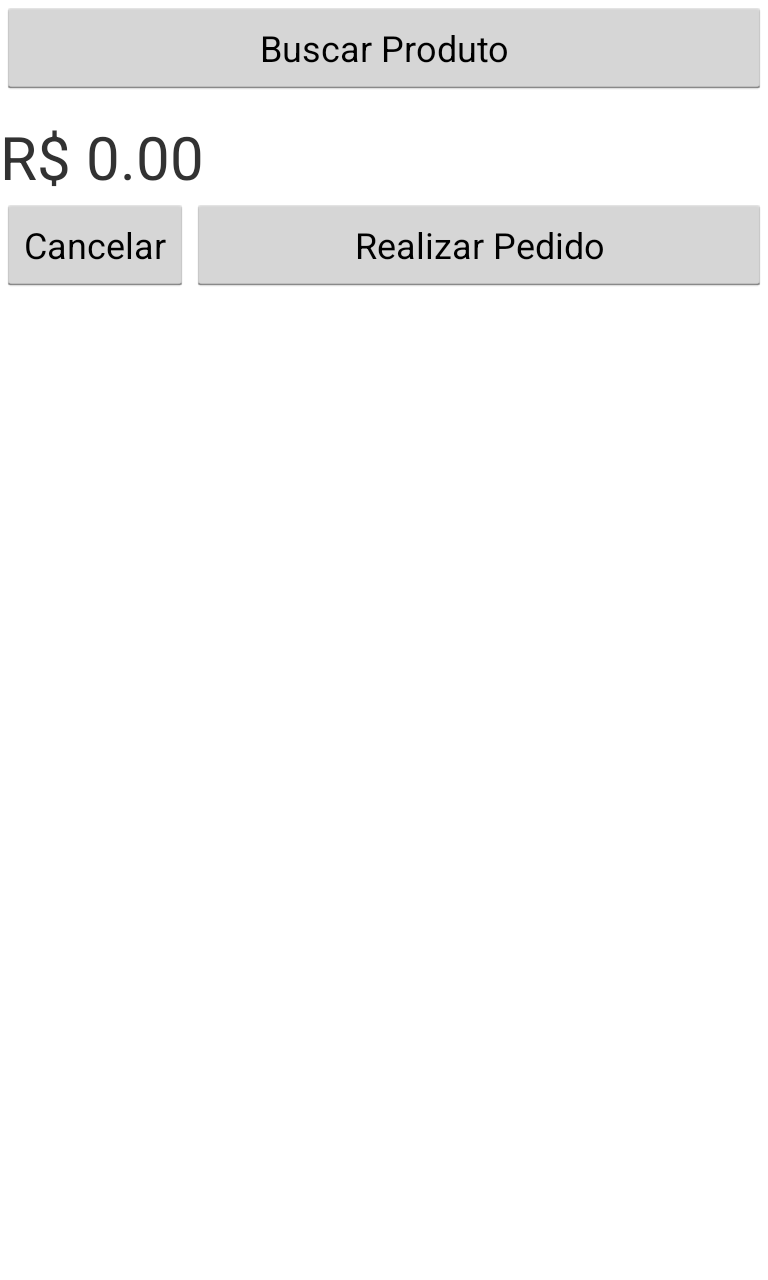
Repository: tmalveirac/mobpdv
Layout: WorkspaceAndroid/MobPDVProjet/res/layout/activity_pedido.xml
These files come from the project's save history. The layout is drawn as it stood at one moment and after a run of saves; the edit follows.
It is drawn on a 768 x 1280 px phone screen (xhdpi) without system bars, with theme AppTheme; the app's code is not run.

Above is the layout before, as saved 2013-06-03 22:12:35.

### WorkspaceAndroid/MobPDVProjet/res/layout/activity_pedido.xml
<LinearLayout xmlns:android="http://schemas.android.com/apk/res/android"
    xmlns:tools="http://schemas.android.com/tools"
      android:id="@+id/pedido_form"
    android:layout_width="fill_parent"
    android:layout_height="fill_parent"
    android:orientation="vertical"

    tools:context=".PedidoActivity" >

    <Button
        android:id="@+id/btnBpdt"
        android:layout_width="fill_parent"
        android:layout_height="wrap_content"
        android:text="@string/btnBpdt" />

    <LinearLayout
        android:id="@+id/pedido_dados"
        android:layout_width="fill_parent"
        android:layout_height="wrap_content"
        android:orientation="vertical" >

    </LinearLayout>

    <LinearLayout
        android:id="@+id/pedido_total"
        android:layout_width="fill_parent"
        android:layout_height="wrap_content"
        android:orientation="vertical" >

        <TextView
            android:id="@+id/txtTotal"
            android:layout_width="wrap_content"
            android:layout_height="wrap_content"
            android:paddingTop="10"
            android:textSize="30"
            android:text="@string/txtTotal" />

    </LinearLayout>

    <LinearLayout
        android:id="@+id/pedido_foot"
        android:layout_width="fill_parent"
        android:layout_height="wrap_content"
        android:orientation="horizontal" >

        <Button
            android:id="@+id/btnCancelarPedido"
            android:layout_width="wrap_content"
            android:layout_height="wrap_content"
            android:text="@string/btnCancelarPedido" />

        <Button
            android:id="@+id/btnRealizarPedido"
            android:layout_width="fill_parent"
            android:layout_height="wrap_content"
            android:text="@string/btnRealizarPedido" />
    </LinearLayout>

</LinearLayout>

### WorkspaceAndroid/MobPDVProjet/res/values/strings.xml
<?xml version="1.0" encoding="utf-8"?>
<resources>

    <string name="app_name">MobPDV</string>
    <string name="action_settings">Configurações</string>
    <string name="hello_world">Hello world!</string>
    <string name="btnAbrCxa">Abrir Caixa</string>
    <string name="btnIniVda">Iniciar Venda</string>
    <string name="btnFecCxa">Fechar Caixa</string>
    <string name="btnVerCdp">Ver Cardápio</string>
    <string name="btnBpdt">Buscar Produto</string>
    <string name="title_activity_ciclo_vida">CicloVida</string>
    <string name="title_activity_pedido">Pedido</string>
    <string name="title_activity_cardapio">Cardapio</string>
    <string name="txtMain">MobPDV</string>
    <string name="btnCancelarPedido">Cancelar</string>
    <string name="btnRealizarPedido">Realizar Pedido</string>
    <string name="title_activity_venda">VendaActivity</string>
    <string name="txtTotalPedido">Total a pagar: R$ XX</string>
    <string name="btnCancelarVenda">Cancelar</string>
    <string name="btnFinalizarVenda">Finalizar Venda</string>
    <string name="title_activity_pagamento">PagamentoActivity</string>
    <string name="btnConfirmarPg">Confirmar</string>
    <string name="btnCancelarPg">Cancelar</string>
    <string name="title_activity_venda_final">VendaFinalActivity</string>
    <string name="txtTotalPago">Total Pago: R$ XX</string>
    <string name="btnGerarComp">Gerar Comprovante</string>
    <string name="txtTotal">R$ 0.00</string>

</resources>

Loaded but not shown: WorkspaceAndroid/MobPDVProjet/res/values/styles.xml (common file); WorkspaceAndroid/MobPDVProjet/res/values-v11/styles.xml (common file); WorkspaceAndroid/MobPDVProjet/res/values-v14/styles.xml (common file)

After the next 2 saves:
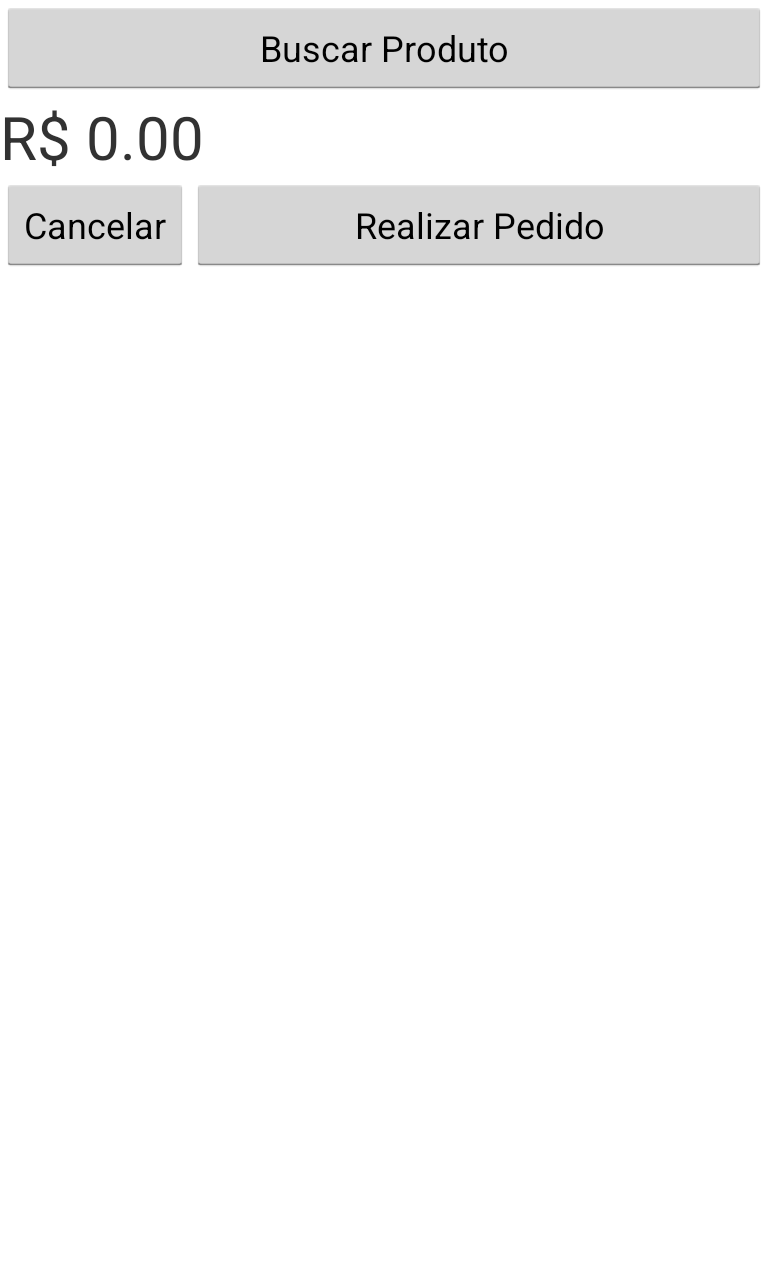
The 2 saves are shown as one change because they came seconds apart.
The last was saved 17 s later.
--- a/WorkspaceAndroid/MobPDVProjet/res/layout/activity_pedido.xml
+++ b/WorkspaceAndroid/MobPDVProjet/res/layout/activity_pedido.xml
@@ -31,7 +31,7 @@
             android:id="@+id/txtTotal"
             android:layout_width="wrap_content"
             android:layout_height="wrap_content"
-            android:paddingTop="10"
+            android:paddingTop=""
             android:textSize="30"
             android:text="@string/txtTotal" />
 

After the 2 saves that followed:
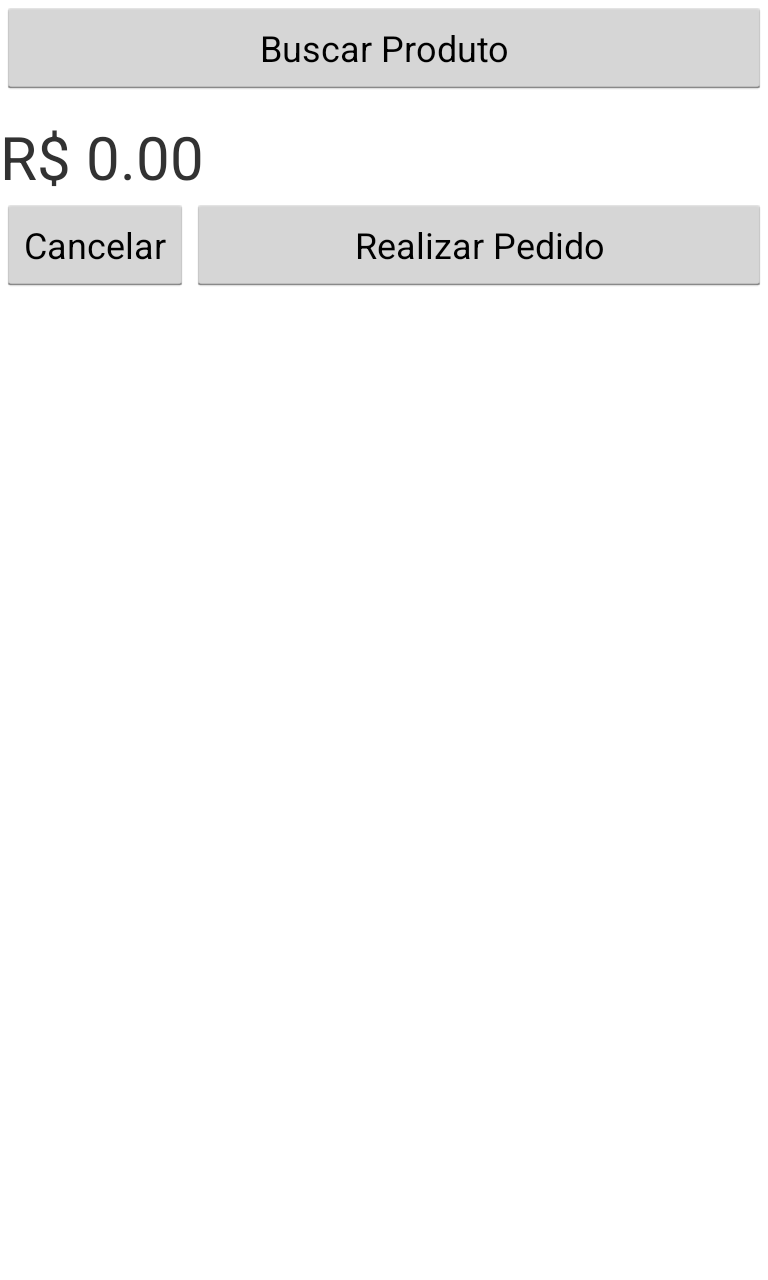
The 2 saves are shown as one change because they came seconds apart.
The last was saved 10 s later.
--- a/WorkspaceAndroid/MobPDVProjet/res/layout/activity_pedido.xml
+++ b/WorkspaceAndroid/MobPDVProjet/res/layout/activity_pedido.xml
@@ -31,8 +31,8 @@
             android:id="@+id/txtTotal"
             android:layout_width="wrap_content"
             android:layout_height="wrap_content"
-            android:paddingTop=""
-            android:textSize="30"
+            android:paddingTop="10dp"
+            android:textSize="30dp"
             android:text="@string/txtTotal" />
 
     </LinearLayout>
